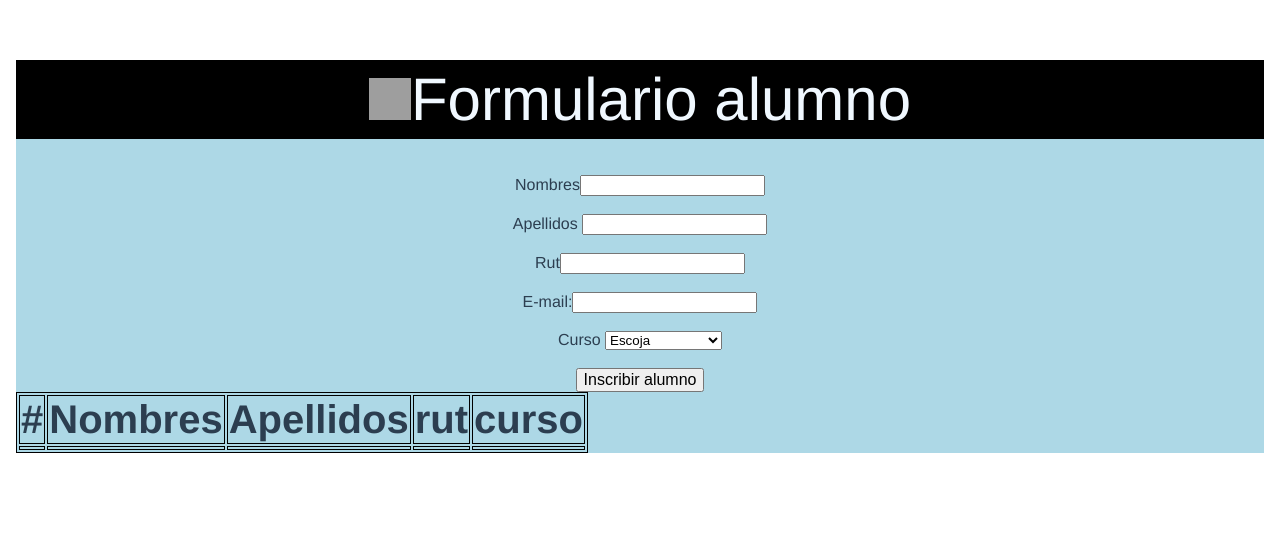
Repository: franciscamanquecheo/Tarea6ET
Page: / (app in my-project/)
An editor plug-in stored every save of this project. The page is shown before and after the next save, followed by the edit.
The browser window is 1280 px wide. The pictures show the whole page.
Pictures or frames that could not be fetched are drawn as grey boxes. The project was rebuilt for these pictures with package versions that can differ from the ones it lists, and the page was loaded fresh each time. Also part of the build but not shown: my-project/vue.config.js.

Above is the page before, as saved 2022-06-19 23:40:07.

After the next save:
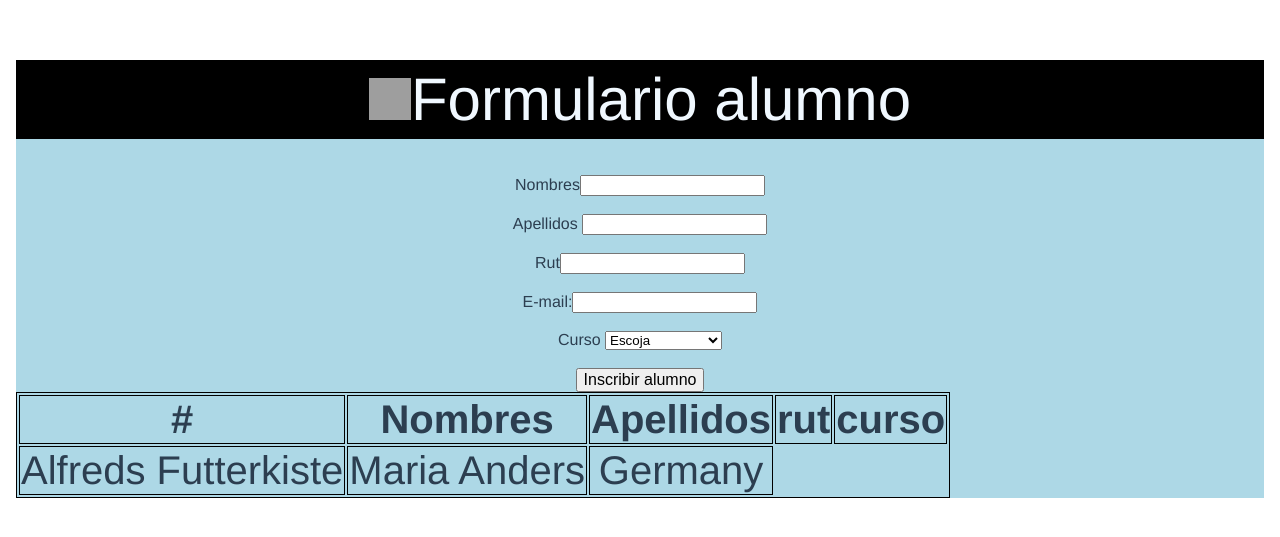
Saved 40 s later.
--- a/my-project/src/components/HelloWorld.vue
+++ b/my-project/src/components/HelloWorld.vue
@@ -52,13 +52,11 @@
     </thead>
     <tbody>
 
-    <tr th:each="alumno : ${alumnos}">
-      <th th:text="${alumno.getid_Alumno()}" scope="row"></th>
-      <td th:text="${alumno.getnombres()}"></td>
-      <td th:text="${alumno.getpellidos()}"></td>
-      <td th:text="${alumno.getrut()}"></td>
-      <td th:text="${alumno.getcurso()}"></td>
-    </tr>
+     <tr>
+    <td>Alfreds Futterkiste</td>
+    <td>Maria Anders</td>
+    <td>Germany</td>
+  </tr>
 
     </tbody>
   </table>
